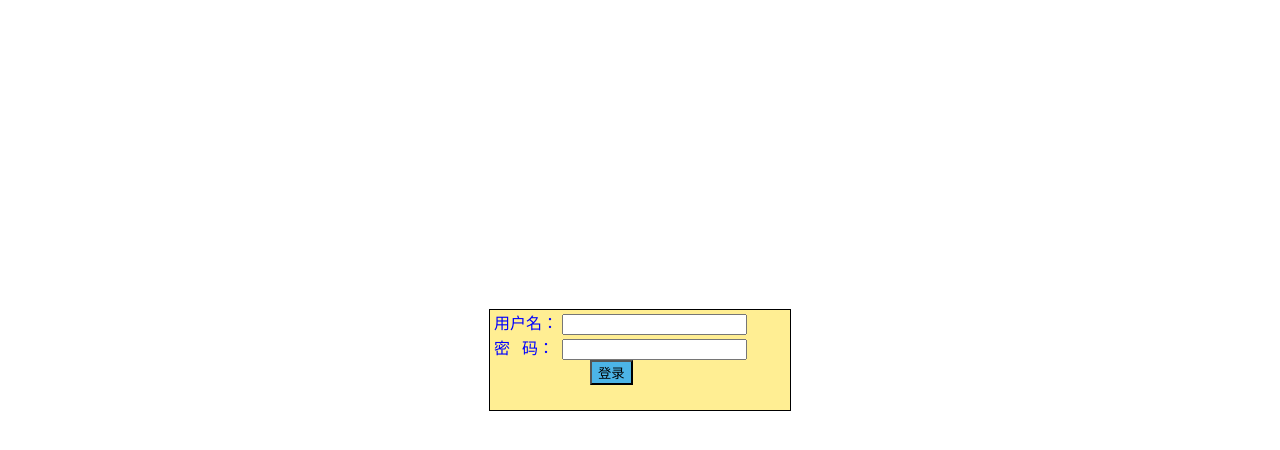
Repository: guirui-li/StudyJavaWeb
Page: http://localhost/JavawebTest/LoginServlet
An editor plug-in stored every save of this project. The page is shown before and after the next save, followed by the edit.
The browser window is 1280 px wide. The pictures show the whole page.
The page is served by Tomcat 9. Other server files are loaded and not shown.

Above is the page before, as saved 2019-05-03 07:27:01.

### JavawebTest/WebContent/experiment07/login.jsp
<%@ page language="java" contentType="text/html; charset=UTF-8"
    pageEncoding="UTF-8"%>
<!DOCTYPE html>
<html>
<head>
<meta http-equiv="Content-Type" content="text/html; charset=UTF-8">
<title>登录页面</title>
	<style type="text/css">
		body{
			margin: 0;
			padding: 0;
		}
		label{
			display:inline-block;
			width: 68px;
			color:blue;
			white-space: pre;
		}
		#form1{
			border: 1px solid black;
			width:300px;
			height:100px;
			background-color: #ffee93;
			position:absolute;
			top:50%;
			left:50%;
			transform:translate(-50%,-50%);
		}
		#submit{
			margin-left: 100px;
			background-color: #4cb4e7;
		}
		#div1{
			color:red;
		}
	</style>
</head>
<body>
	<form action="/JavawebTest/LoginServlet" id="form1" name="form1" method="post">
		<label>&nbsp;用户名：</label>
			<input type="text" name="name" value="${requestScope.name }"/><br>
			<div id="div1">
				${requestScope.page1 }
			</div>

		<label>&nbsp;密&nbsp;&nbsp;&nbsp;码：</label>
			<input type="text" name="psw" value="${requestScope.psw }" id="psw"/><br>
			<div id="div1">
				${requestScope.page2 }
			</div>
		<input type="submit" name="Submit" value="登录" id="submit"/>
	</form>
</body>
</html>

### JavawebTest/src/com/guirui/demo03/LoginServlet.java
package com.guirui.demo03;

import java.io.IOException;
import javax.servlet.ServletException;
import javax.servlet.annotation.WebServlet;
import javax.servlet.http.HttpServlet;
import javax.servlet.http.HttpServletRequest;
import javax.servlet.http.HttpServletResponse;

/**
 * Servlet implementation class LoginServlet
 */
@WebServlet("/LoginServlet")
public class LoginServlet extends HttpServlet {
	private static final long serialVersionUID = 1L;

    /**
     * @see HttpServlet#HttpServlet()
     */
    public LoginServlet() {
        super();
        // TODO Auto-generated constructor stub
    }

	/**
	 * @see HttpServlet#doGet(HttpServletRequest request, HttpServletResponse response)
	 */
	protected void doGet(HttpServletRequest request, HttpServletResponse response) throws ServletException, IOException {
		response.setContentType("text/html;charset=UTF-8");
		String pageURL="/experiment07/login.jsp";
		String name=null;
		Customer customer=new Customer();
		try {
			//寧땍狼邱뚤닒啞응포돤돕돨鑒앴쏵契긍쯤딧憐
			name=new String(request.getParameter("name").getBytes("ISO-8859-1"),"UTF-8");
			String password=new String(request.getParameter("psw").getBytes("ISO-8859-1"),"UTF-8");
			if(name==null||password==null) {
				return;
			}
			if(name.equals("")||password.equals("")) {
				return;
			}
			if(!customer.findName(name)) {
				request.setAttribute("page1", "헝渴흙攣횅돨痰빵츰");
			}else {
				if(customer.findPsw(name).equals(password)) {
					pageURL="/experiment07/loginSuccess.jsp";
					customer=customer.findCustomer(name);
					request.setAttribute("sex", customer.getSex());
					request.setAttribute("age",customer.getAge());
				}else {
					request.setAttribute("page2", "헝渴흙攣횅돨쵱쯤");
				}
			}
		} catch (Exception e) {}
		finally {
			request.setAttribute("name", name);
			request.getRequestDispatcher(pageURL).forward(request, response);
		}


	}

	/**
	 * @see HttpServlet#doPost(HttpServletRequest request, HttpServletResponse response)
	 */
	protected void doPost(HttpServletRequest request, HttpServletResponse response) throws ServletException, IOException {
		// TODO Auto-generated method stub
		doGet(request, response);
	}

}

### JavawebTest/src/com/guirui/demo03/Customer.java
package com.guirui.demo03;

import java.sql.Connection;
import java.sql.DriverManager;
import java.sql.PreparedStatement;
import java.sql.ResultSet;
import java.sql.SQLException;

public class Customer {
	private static final String forname="com.mysql.cj.jdbc.Driver";
	private static final String url="jdbc:mysql://localhost:3306/customer?serverTimezone=UTC";
	private static final String username="root";
	private static final String password="654321";
	private String id;
	private String name;
	private String psw;
	private String sex;
	private int age;

	public Customer() {}

	public Connection getConnection(){
		Connection con = null;
		try {
			Class.forName(forname);
			con=DriverManager.getConnection(url,username,password);
		} catch (ClassNotFoundException e) {
			e.printStackTrace();
		}catch(SQLException e) {
			e.printStackTrace();
		}
		return con;
	}
	public String findPsw(String name){
		String sql="select upassword from user where uname=?";
		String pword=null;
		Connection conn=this.getConnection();
		PreparedStatement ps=null;
		ResultSet rs=null;
		try {
			ps=conn.prepareStatement(sql);
			ps.setString(1, name);
			rs=ps.executeQuery();
			if(rs.next()) {
				pword=rs.getString("upassword");
			}
			rs.close();
			ps.close();
			conn.close();
		} catch (SQLException e) {
			e.printStackTrace();
		}
		return pword;
	}

	public boolean findName(String name){
		String sql="select uname from user where uname=?";
		boolean flag=false;
		Connection conn=this.getConnection();
		PreparedStatement ps=null;
		ResultSet rs=null;
		try {
			ps=conn.prepareStatement(sql);
			ps.setString(1, name);
			rs=ps.executeQuery();
			if(rs.next()) {
				flag=true;
			}
			rs.close();
			ps.close();
			conn.close();
		} catch (SQLException e) {
			e.printStackTrace();
		}
		return flag;
	}
	public Customer findCustomer(String name) {
		String sql="select usex,uage from user where uname=?";
		Connection conn=this.getConnection();
		PreparedStatement ps=null;
		ResultSet rs=null;
		try {
			ps=conn.prepareStatement(sql);
			ps.setString(1, name);
			rs=ps.executeQuery();
			if(rs.next()) {
				this.sex=rs.getString("usex");
				this.age=rs.getInt("uage");
			}
			rs.close();
			ps.close();
			conn.close();
		} catch (SQLException e) {
			e.printStackTrace();
		}
		return this;
	}


	public String getId() {
		return id;
	}
	public void setId(String id) {
		this.id = id;
	}
	public String getName() {
		return name;
	}
	public void setName(String name) {
		this.name = name;
	}
	public String getPsw() {
		return psw;
	}
	public void setPsw(String psw) {
		this.psw = psw;
	}
	public String getSex() {
		return sex;
	}
	public void setSex(String sex) {
		this.sex = sex;
	}
	public int getAge() {
		return age;
	}
	public void setAge(int age) {
		this.age = age;
	}

}

After the next save:
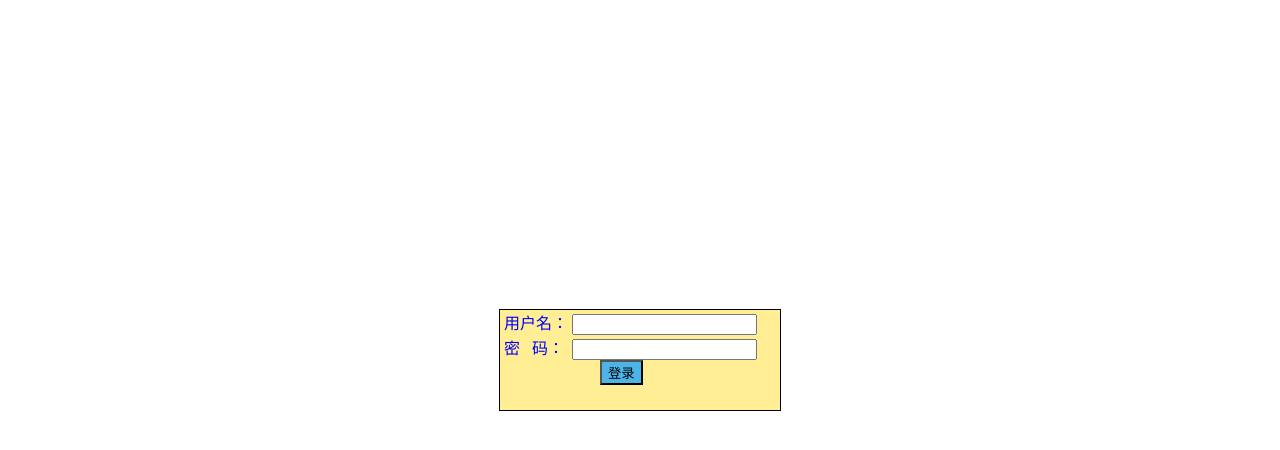
Saved 11 s later.
--- a/JavawebTest/WebContent/experiment07/login.jsp
+++ b/JavawebTest/WebContent/experiment07/login.jsp
@@ -18,7 +18,7 @@
 		}
 		#form1{
 			border: 1px solid black;
-			width:300px;
+			width:280px;
 			height:100px;
 			background-color: #ffee93;
 			position:absolute;
